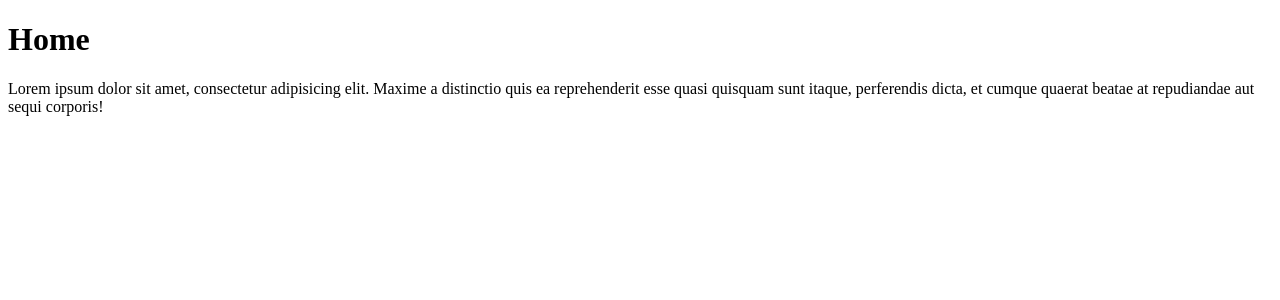
Repository: fercho9922/django-auth-crud
Page: http://localhost/
An editor plug-in stored every save of this project. The page is shown before and after the next save, followed by the edit.
The browser window is 1280 px wide. The pictures show the whole page.
The page is served by the project's application, run on Django 5.2 (manage.py).

Above is the page before, as saved 2024-04-10 10:07:41.

After the next save:
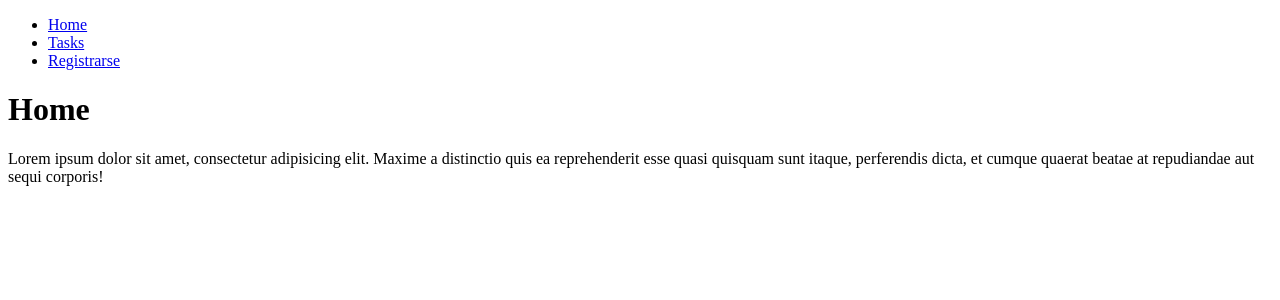
Saved 4 min 50 s later.
--- a/tasks/templates/base.html
+++ b/tasks/templates/base.html
@@ -6,6 +6,19 @@
     <title>Django crud application</title>
 </head>
 <body>
+    <nav>
+        <ul>
+            <li>
+                <a href="/">Home</a>
+            </li>
+            <li>
+                <a href="/tasks/">Tasks</a>
+            </li>
+            <li>
+                <a href="/signup">Registrarse</a>
+            </li>
+        </ul>
+    </nav>
     {% block content %}
     {% endblock %}
 </body>
